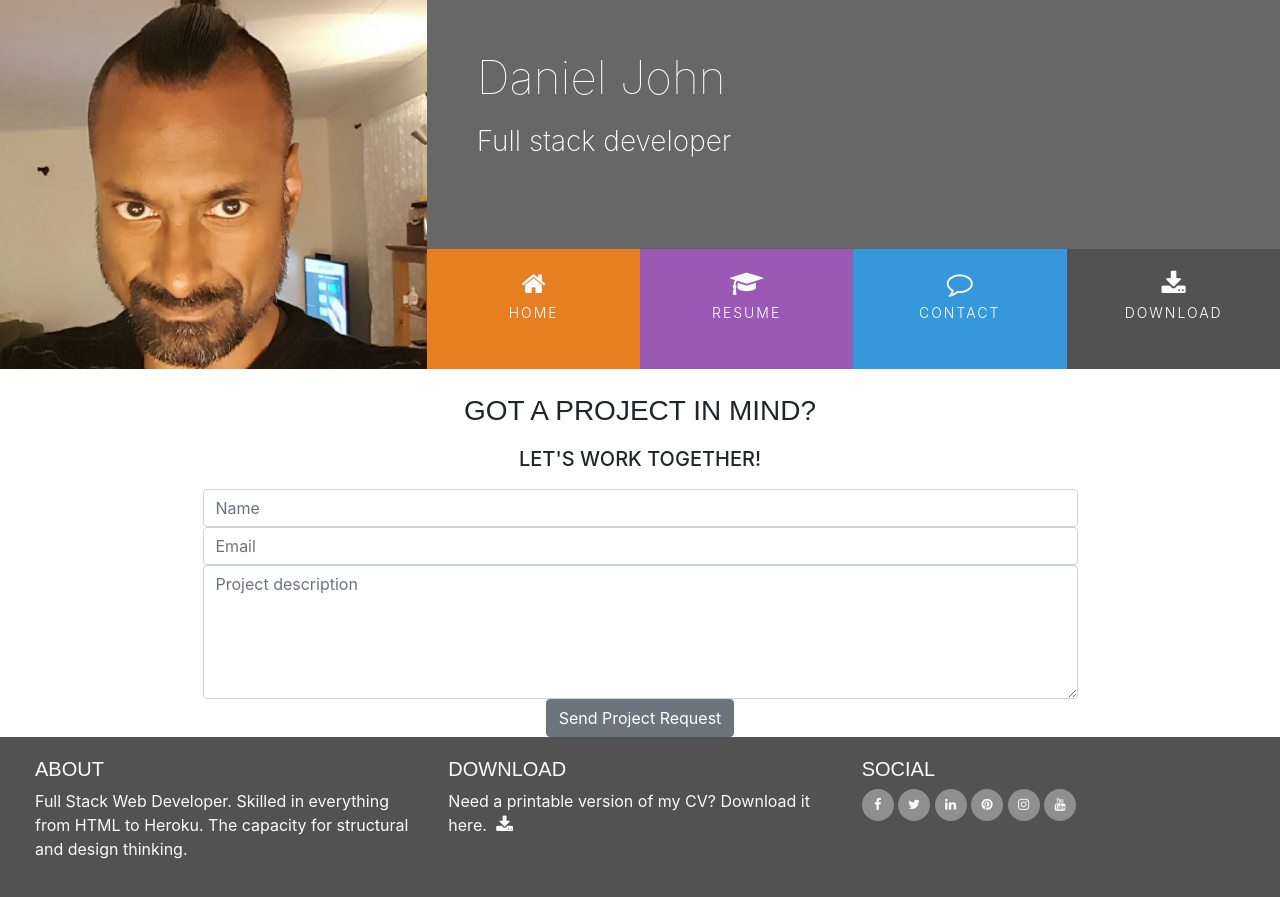
Repository: Jadehammar/initial-commit
Page: contact.html
The author's editor kept a record of every edit. The page is drawn from the files as they stood at one moment, then again after the next edit.
The browser window is 1280 px wide. The pictures show the whole page.

Above is the page before.

### contact.html
<!DOCTYPE html>
<html lang="en">

<head>
    <meta charset="UTF-8">
    <meta name="viewport" content="width=device-width, initial-scale=1.0">
    <meta http-equiv="X-UA-Compatible" content="ie=edge">
    <link rel="stylesheet" href="https://stackpath.bootstrapcdn.com/font-awesome/4.7.0/css/font-awesome.min.css" type="text/css" />
    <link rel="stylesheet" href="https://cdnjs.cloudflare.com/ajax/libs/hover.css/2.3.1/css/hover-min.css" type="text/css" />
    <link rel="stylesheet" href="https://stackpath.bootstrapcdn.com/bootstrap/4.3.1/css/bootstrap.min.css" type="text/css" />
    <link rel="stylesheet" href="assets/css/style.css" type="text/css" />
    <title>Daniel John Contact</title>
</head>

<body>
    <header>
        <div class="row no-gutters">
            <a href="index.html" class="col-md-4 logo"></a>
            <div class="col-md-8">
                <div class="row no-gutters bg-color-name-title">
                    <div class="col heading">
                        <h1 class="name">Daniel John</h1>
                        <h2 class="title">Full stack developer</h2>
                    </div>
                </div>
                <div class="row no-gutters">
                    <div class="col">
                        <ul id="nav" class="list-inline menucontainer">
                            <li class="col-6 col-sm-3 ui-menue-color-home list-inline-item menueitem">
                                <a href="#" class="hvr-sweep-to-bottom"><i class="fa fa-home" aria-hidden="true"></i><span>Home</span></a>
                            </li>
                            <li class="col-6 col-sm-3 ui-menue-color-resume list-inline-item menueitem">
                                <a href="#" class="hvr-sweep-to-bottom"><i class="fa fa-graduation-cap" aria-hidden="true"></i><span>Resume</span></a>
                            </li>
                            <li class="col-6 col-sm-3 ui-menue-color-contact list-inline-item menueitem">
                                <a href="#" class="hvr-sweep-to-bottom"><i class="fa fa-comment-o" aria-hidden="true"></i><span>Contact</span></a>
                            </li>
                            <li class="col-6 col-sm-3 ui-menue-color-download list-inline-item menueitem">
                                <a href="#" class="hvr-sweep-to-bottom"><i class="fa fa-download" aria-hidden="true"></i><span>Download</span></a>
                            </li>

                        </ul>
                    </div>
                </div>
            </div>
    </header>
    <section class="container-fluid">
        <div class="row bg-color-contact">
            <div class="col">
                <h3 class="contact-heading uppercase text-center">Got a project in mind?</h3>
                <h5 class="uppercase text-center">Let's work together!</h5>
            </div>
            <div class="container-fluid">
                <div class="center-form">
                    <form>
                        <input type="text" name="name" id="fullname" class="form-control" placeholder="Name" required />
                        <input type="email" name="email" id="emailaddress" class="form-control" placeholder="Email" required />
                        <textarea rows="5" name="projectsummary" id="projectsummary" class="form-control" placeholder="Project description" required></textarea>
                        <div class="form-row text-center">
                            <div class="col">
                                <button type="submit" class="btn btn-secondary">Send Project Request</button>
                            </div>
                        </div>
                    </form>
                </div>
            </div>

        </div>
        </div>
    </section>
    <footer class="container-fluid">
        <div id="footer-details" class="row">
            <div class="col-sm-4">
                <h5 class="uppercase general-sub">About</h5>
                <p class="inline-block">
                    Full Stack Web Developer. Skilled in everything from HTML to Heroku. The capacity for structural and design thinking.
                </p>
            </div>
            <div class="col-sm-4">
                <h5 class="uppercase general-sub">Download</h5>
                <p class="inline-block">
                    Need a printable version of my CV? Download it here.
                    <a href="#" target="_blank" class="cv-pdf">
                        <i class="fa fa-download" aria-hidden="true"></i>
                        <span class="sr-only">Download link.</span>
                    </a>
                </p>
            </div>
            <div class="col-sm-4">
                <h5 class="uppercase general-sub">Social</h5>
                <ul class="list-inline social-links">
                    <li class="list-inline-item">
                        <a target="_blank" href="#">
                            <i class="fa fa-facebook" aria-hidden="true"></i>
                            <span class="sr-only">Facebook</span>
                        </a>
                    </li>
                    <li class="list-inline-item">
                        <a target="_blank" href="#">
                            <i class="fa fa-twitter" aria-hidden="true"></i>
                            <span class="sr-only">Twitter</span>
                        </a>
                    </li>
                    <li class="list-inline-item">
                        <a target="_blank" href="#">
                            <i class="fa fa-linkedin" aria-hidden="true"></i>
                            <span class="sr-only">LinkedIn</span>
                        </a>
                    </li>
                    <li class="list-inline-item">
                        <a target="_blank" href="#">
                            <i class="fa fa-pinterest" aria-hidden="true"></i>
                            <span class="sr-only">Pinterest</span>
                        </a>
                    </li>
                    <li class="list-inline-item">
                        <a target="_blank" href="#">
                            <i class="fa fa-instagram" aria-hidden="true"></i>
                            <span class="sr-only">Instagram</span>
                        </a>
                    </li>
                    <li class="list-inline-item">
                        <a target="_blank" href="#">
                            <i class="fa fa-youtube" aria-hidden="true"></i>
                            <span class="sr-only">YouTube</span>
                        </a>
                    </li>
                </ul>
            </div>
        </div>
    </footer>
</body>

</html>

### assets/css/style.css
@import url('https://fonts.googleapis.com/css?family=Roboto:100,200,300,400,500,600,700│exo:100,200,300,400,500,600,700');

/*---------------------------------------------color-------------------------------------*/

.bg-color-name-title {
    background-color: #676767;
}

.bg-color-three-reasons {
    background-color: #fff;
}

.bg-color-personal-info {
    background-color: #f4f4f4;
}

.ui-menue-color-home {
    background-color: #e67e22;

}

.ui-menue-color-resume {
    background-color: #9b59b6;

}

.ui-menue-color-contact {
    background-color: #3498db;

}

.ui-menue-color-download {
    background-color: #525252;

}

.bg-color-work-history {
    background-color: #9b59b6;
}

.bg-color-contact{
    background-color: #fff;

}

/*---------------------------------------------Special padding/margins/text-------------------------------------*/

h1,
h2,
h3,
h4 {
    margin: 0;
}

.uppercase {
    text-transform: uppercase;
}

.general-sub {
    font-family: "Exo", sans-serif;
    font-weight: 300;
    color: #fafafa;
}

.inline-block {
    display: inline-block;
}

.row-table {
    display: table;
}

.section-column {
    display: table-cell;
    padding: 0 30px 30px;
    float: none;
}

.history-heading,
.section-heading {
    font-family: "Exo", sans-serif;
    font-weight: 300;
    margin-bottom: 40px;
    margin-top: 25px;
}

/*---------------------------------------------Heading-------------------------------------*/

header {
    margin: 0;
}

.heading {
    margin-left: 50px;

}

.logo {
    background: url("../images/närbild_p.jpg");
    background-position: center;
    background-repeat: no-repeat;
    background-size: cover;
    min-height: 360px;
    transition: all .75s ease-in-out;
    -moz-transition: all .75s ease-in-out;
    -webkit-transition: all .75s ease-in-out;
    -o-transition: all .75s ease-in-out;
}

.name {
    font-family: "Exo" sans-serif;
    font-weight: 100;
    font-size: 46px;
    margin-top: 50px;
    color: #fff;
}

.title {
    font-family: "Roboto" sans-serif;
    font-weight: 200;
    font-size: 28px;
    margin-top: 20px;
    margin-bottom: 90px;
    color: #fff;
}

.list-inline-item:not(:last-child) {
    margin: 0;
}

.menucontainer {
    font-size: 0;
}

#nav li {
    font-size: 14px;
    padding: 0;
}

#nav {
    margin: 0;
}

.menueitem {
    height: 120px;
    text-align: center;
    padding: 0;
}

.menueitem a {
    width: 100%;
    text-decoration: none;
    color: #fff;
    height: 120px;
}

.menueitem a i {
    padding-top: 22px;
    display: block;
    color: #fafafa;
    font-size: 26px;
}

.menueitem span {
    display: block;
    width: 100%;
    padding-top: 5px;
    text-align: center;
    text-transform: uppercase;
    font-size: 14px;
    font-weight: 300;
    letter-spacing: 2px;
}


/*---------------------------------------------Hover.css-------------------------------------*/

.hvr-sweep-to-bottom:before {
    background: rgba(0, 0, 0, 0.2);
    height: 120px;
}

/*---------------------------------------------Footer-------------------------------------*/

footer {
    background-color: #525252;
    color: #fafafa;
    min-height: 120px;
    margin: 0;
}

.cv-pdf i {
    font-size: 18px;
    color: #fafafa;
    text-align: center;
    padding-left: 5px;
    transition: all 0.35s ease-in-out;
    -moz-transition: all 0.35s ease-in-out;
    -webkit-transition: all 0.35s ease-in-out;
    -o-transition: all 0.35 ease-in-out;
}

.cv-pdf i:hover {
    color: #e84160;
    font-size: 19px;
}

.social-links {
    padding-bottom: 15px;
}


.social-links li a i {
    width: 32px;
    height: 32px;
    padding: 12px 0;
    border-radius: 50%;
    font-size: 13px;
    line-height: 7px;
    text-align: center;
    color: #fafafa;
    background: #8f8f8f;
    transition: all 0.35s ease-in-out;
    -moz-transition: all 0.35s ease-in-out;
    -webkit-transition: all 0.35s ease-in-out;
    -o-transition: all 0.35 ease-in-out;
}

.social-links li a i:hover {
    background: #e84610;
}

#footer-details {
    padding: 20px;
}

/*---------------------------------------------Three reasons-------------------------------------*/

.three-reasons-icon {
    font-size: 26px;
    color: #e67e22;
}

.three-reasons-heading {
    margin-bottom: 15px;
}

/*---------------------------------------------Personal info-------------------------------------*/

.personal-info-item {
    margin-bottom: 20px;
    display: block;
    clear: both;

}

.personal-info-item .key,
.personal-info-item .value {
    padding-right: 8px;
    display: inline-block;
}

.personal-info-item .key p,
.personal-info-item .value p {
    margin: 0;
}

.personal-info-item .key {
    width: 30%;
    margin-right: 21px;
    padding-top: 2px;
    vertical-align: top;

}

.personal-info-item .key p {
    font-weight: 700;
}

.personal-info-item .value {
    position: relative;
    width: 60%;

}

/*---------------------------------------------Skills-------------------------------------*/

.progress {
    position: relative;
    height: 25px;
    margin-bottom: 4px;
}

.progress-type {
    position: absolute;
    left: 0px;
    font-weight: 400;
    padding: 3px 30px 2px 10px;
    color: #fafafa;
    background-color: rgba(25, 25, 25, 0.2);
}

.progress-section {
    margin: 40px 20px;

}

/*---------------------------------------------Work-history-------------------------------------*/

.history-heading {
    color: #fafafa;
    margin-bottom: 50px;
}

.timeline-item {
    padding: 4em 2em 0em 2em;
    position: relative;
    color: #fafafa;
    border-left: 1px solid;
}

.timeline-item p {
    padding: 0;
    margin: 0;
}

.timeline-item:before {
    content: attr(data-dates);
    position: absolute;
    left: 2.5em;
    top: 3em;
    display: block;
    font-family: "Exo", sans-serif;
    font-weight: 500;
    font-size: 0.8em;
    padding: 0;
    margin: 0;
}

.timeline-item:after {
    width: 12px;
    height: 12px;
    display: block;
    top: 2.4em;
    position: absolute;
    left: -6px;
    border-radius: 12px;
    content: '';
    background: #fafafa;
}

.history-items {
    margin-bottom: 30px;
}

/*---------------------------------------------Contact-form-------------------------------------*/

.contact-heading{
    font-family: "Exo", sans-serif;
    font-weight: 300;
    margin-top: 25px;
    margin-bottom: 20px;

}

.center-form {
    padding-top: 10px;
    margin: 0 auto;
 max-width: 70%;
}

button [type="submit"]{
    margin-top: 15px;
    margin-bottom: 20px;
    backround-color: #e84610;
}

After the next edit:
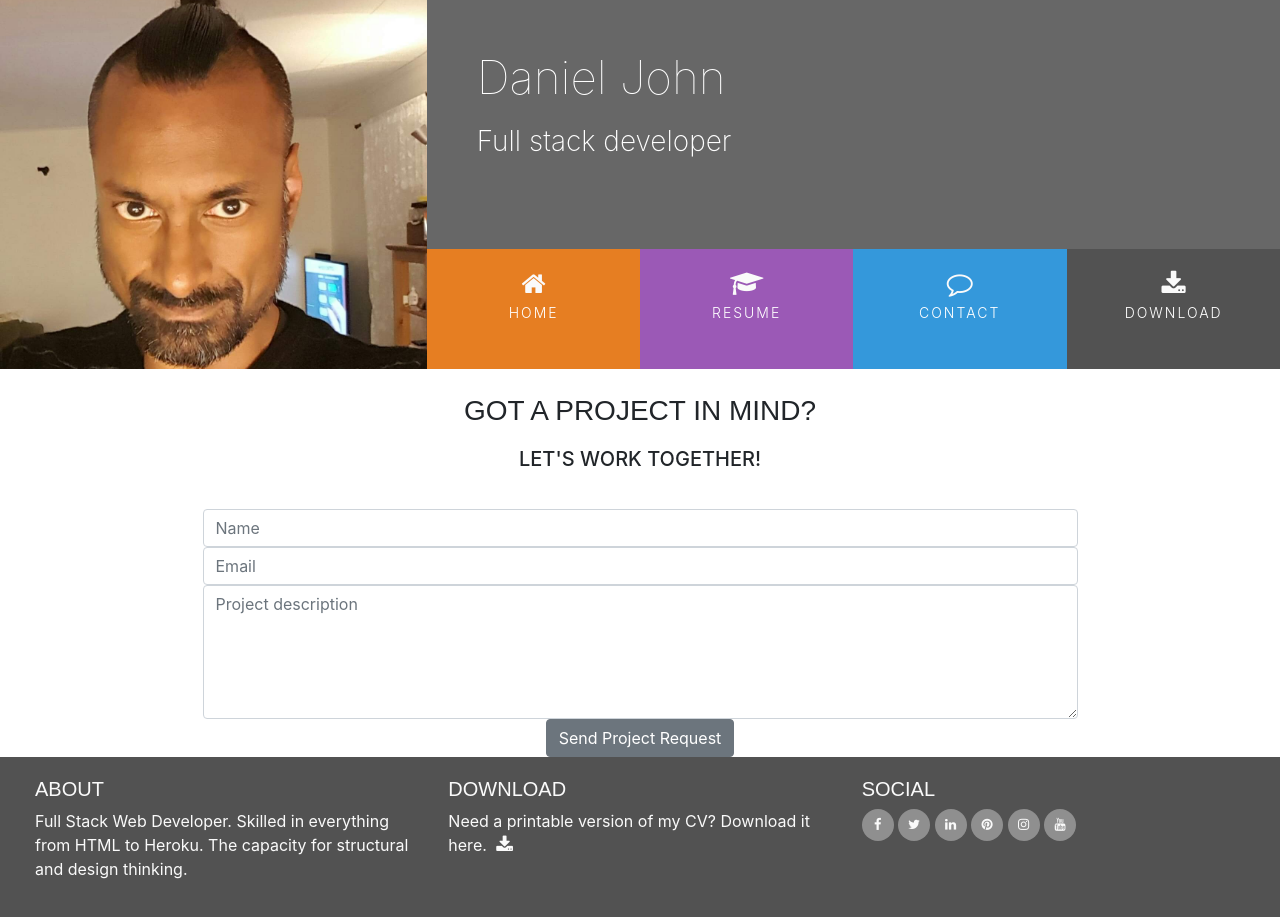
The edit:
--- a/assets/css/style.css
+++ b/assets/css/style.css
@@ -38,7 +38,7 @@
     background-color: #9b59b6;
 }
 
-.bg-color-contact{
+.bg-color-contact {
     background-color: #fff;
 
 }
@@ -355,7 +355,7 @@
 
 /*---------------------------------------------Contact-form-------------------------------------*/
 
-.contact-heading{
+.contact-heading {
     font-family: "Exo", sans-serif;
     font-weight: 300;
     margin-top: 25px;
@@ -366,11 +366,23 @@
 .center-form {
     padding-top: 10px;
     margin: 0 auto;
- max-width: 70%;
-}
-
-button [type="submit"]{
+    max-width: 70%;
+}
+
+button [type="submit"] {
     margin-top: 15px;
     margin-bottom: 20px;
-    backround-color: #e84610;
-}
+    background-color: #e84610;
+}
+
+/*---------------------------------------------Media-query-------------------------------------*/
+
+@media(min-width: 992px) {
+    .center-form {
+        padding-top: 30px;
+        min-height: 240;
+
+        margin: 0 auto;
+        max-width: 70%;
+    }
+}
